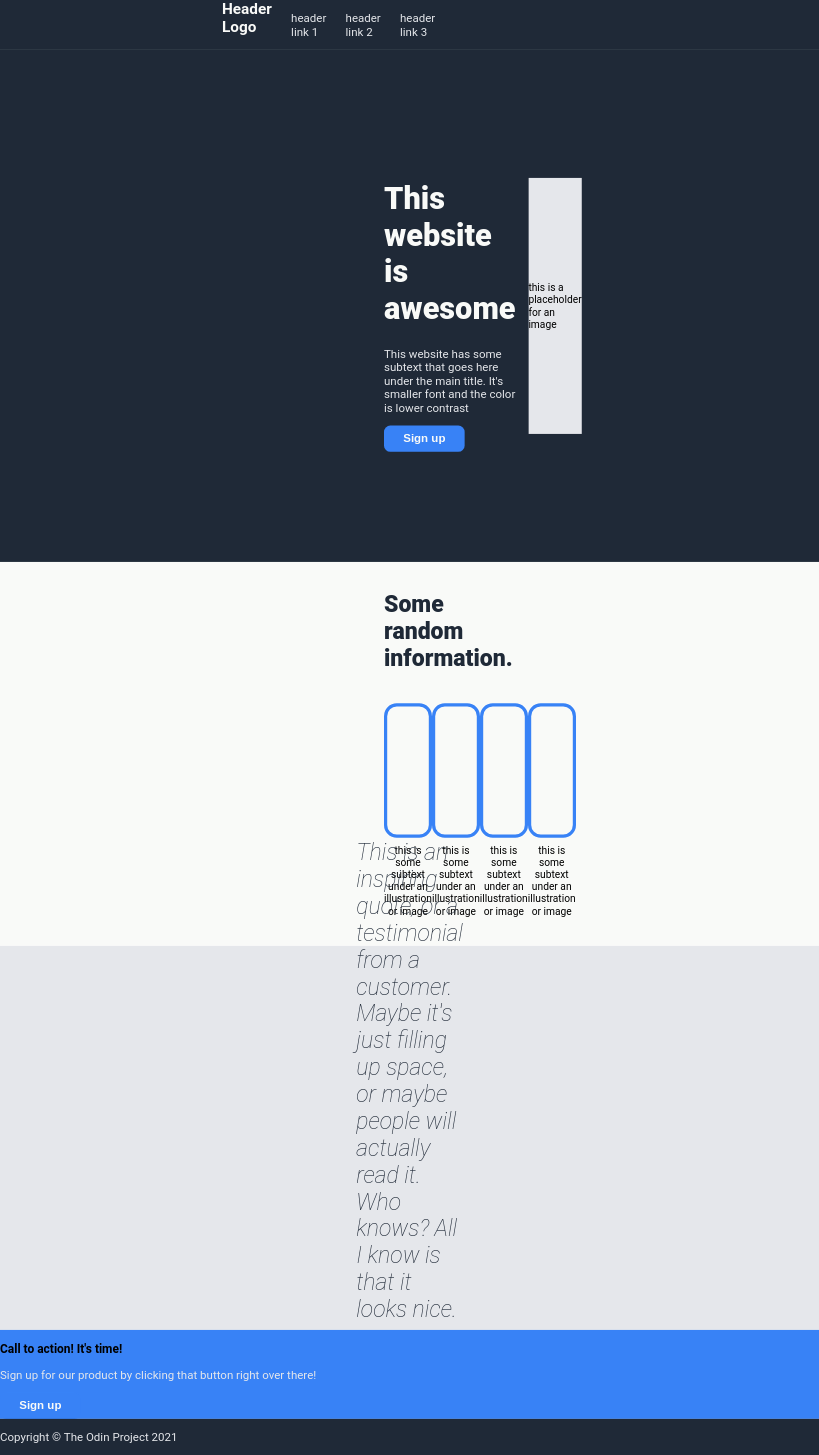
Repository: rsoetydev/landing-page
Page: index.html
An editor plug-in stored every save of this project. The page is shown before and after the next save, followed by the edit.
The browser window is 1280 px wide. The pictures show the whole page, at 64% of full size.

Above is the page before, as saved 2023-11-28 10:37:47.

### index.html
<!DOCTYPE html>
<html lang="en">
<head>
    <meta charset="UTF-8">
    <meta name="viewport" content="width=device-width, initial-scale=1.0">
    <title>Landing Page</title>
    <link rel="stylesheet" href="style.css">
</head>
<body>
    <div class="header">
        <h2 class="header-logo">Header Logo</h2>
        <p class="link-1">header link 1 </p>
        <p class="link-2">header link 2</p>
        <p class="link-3"> header link 3</p>
    </div>

    <div class="hero">
        <div class="hero-text">
            <h1 class="hero-title">This website is awesome</h1>
            <p class="hero-subtext">This website has some subtext that goes here under the main title. It's smaller font and the color is lower contrast</p>
            <button class="sign-up">Sign up</button>
        </div>
        <div class="hero-image-cont">
            this is a placeholder for an image
        </div>
    </div>

    <div class="info">
        <h2 class="info-title">Some random information.</h2>
        <div class="item-cont">
            <div class="item">
                <div class="item-pic"></div>
                <div class="item-text">this is some subtext under an illustration or image</div>
            </div>
            <div class="item">
                <div class="item-pic"></div>
                <div class="item-text">this is some subtext under an illustration or image</div>
            </div>
            <div class="item">
                <div class="item-pic"></div>
                <div class="item-text">this is some subtext under an illustration or image</div>
            </div>
            <div class="item">
                <div class="item-pic"></div>
                <div class="item-text">this is some subtext under an illustration or image</div>
            </div>
        </div>
    </div>

    <div class="quote">
        <p class="quote-text">
            This is an inspiring quote, or a testimonial from a customer. Maybe it's just filling up space, or maybe people will actually read it. Who knows? All I know is that it looks nice.
        </p>
        <p class="quote-author">-Thor, God of Thunder</p>
    </div>

    <div class="c2a">
        <div class="c2a-sub">
            <div class="c2a-text-container">
                <h3>Call to action! It's time!</h3>
                <p class="c2a-text">Sign up for our product by clicking that button right over there!</p>
            </div>
            <button class="c2a-sign-up">Sign up</button>
        </div>
    </div>

    <div class="footer">
        <p class="copyright">Copyright © The Odin Project 2021</p>
    </div>

</body>
</html>

### style.css


:root {
    --dark: #1F2937;
    --gray: #E5E7EB;
    --white: #F9FAF8;
    --blue: #3882F6;

    font-family: 'Roboto', arial;
}

body{
    background-color:var(--white);
    padding: 0;
    margin: 0;
    display: flex;
    flex-direction: column;
}

h1{
    font-size:48px;
    font-weight:900;
    color: var(--white);
}

p{
    color: var(--gray);
    font-size: 18px;
}

h2{
    color: var(--white);
    font-size: 24px;
    font: weight 600px;
    padding:0px;
    margin: 0px;
}

.info-title {
    font-size: 36px;
    color:var(--dark);
    font-weight: 900;
}

.quote-text {
    font-size: 36px;
    font-style: italic;
    font-weight: 200;
    color:var(--dark);
}

button{
    background-color: var(--blue);
    color:var(--white);
    font-size: 18px;
    font-weight: 600;
    padding: 10px 30px;
    border: none;
    border-radius: 10px;
}

.header{
    display:flex;
    background-color: var(--dark);
    justify-content: flex-end;
    gap:30px;
    padding: 0px 600px;
}

.header-logo{
    flex: 1;
}

.hero{
    display:flex;
    background-color: var(--dark);
    padding: 100px 600px;
    height: 600px;
    justify-content:space-between;
    align-items: center;
    gap: 20px;
}

.hero-image-cont{
    background-color:var(--gray);
    display:flex;
    justify-content: center;
    align-items: center;
    width: 800px;
    height: 400px;
}

.info-title{
    text-align: center;
    padding: 0 0 50px 0;
}

.info{
    display: flex;
    flex-direction: column;
    justify-content: center;
    height: 600px;
    padding: 0 600px;
}

.item-cont{
    display:flex;
    justify-content: space-evenly;
}

.item{
    display:flex;
    flex-direction: column;
    width: 200px;
    gap: 10px;
}

.item-pic{
    height:200px;
    flex-grow: 1;
    border-style: solid;
    border-color: var(--blue);
    border-radius: 20px;
    border-width: 5px;
}

.item-text{
    text-align: center;
}

.quote{
    background-color: var(--gray);
    height: 600px;
    display:flex;
    flex-direction: column;
    padding: 0px 600px;
    justify-content: center;
    align-items: center;

}

.quote-author{
    color:var(--dark);
    font-weight: 600;
    font-size: 32px;
}

.c2a{
    background-color: var(--blue);
}

.footer{
    background-color: var(--dark);
}

After the next save:
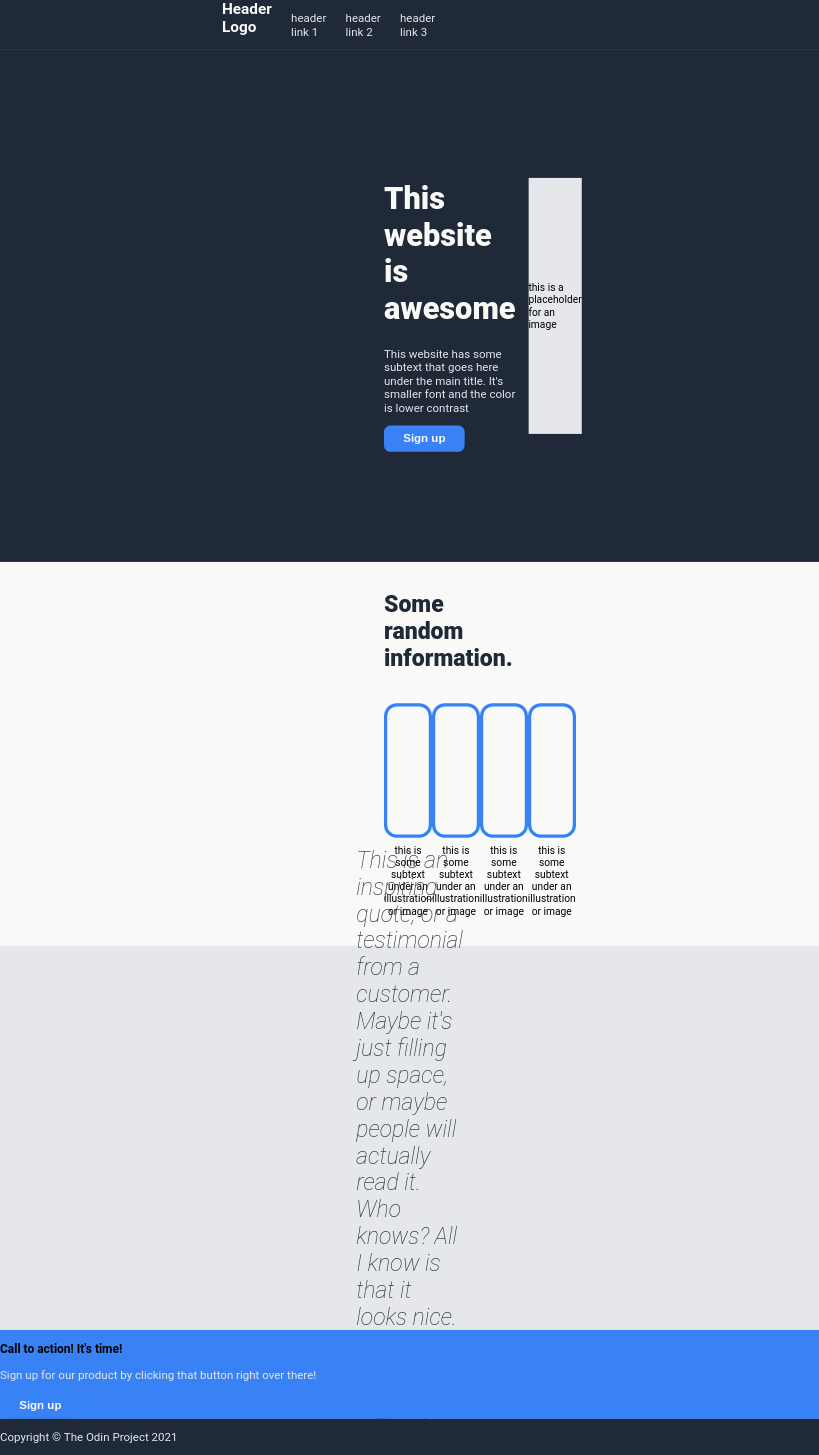
Saved 4 s later.
--- a/style.css
+++ b/style.css
@@ -142,7 +142,7 @@ button{
 .quote-author{
     color:var(--dark);
     font-weight: 600;
-    font-size: 32px;
+    font-size: 28px;
 }
 
 .c2a{
